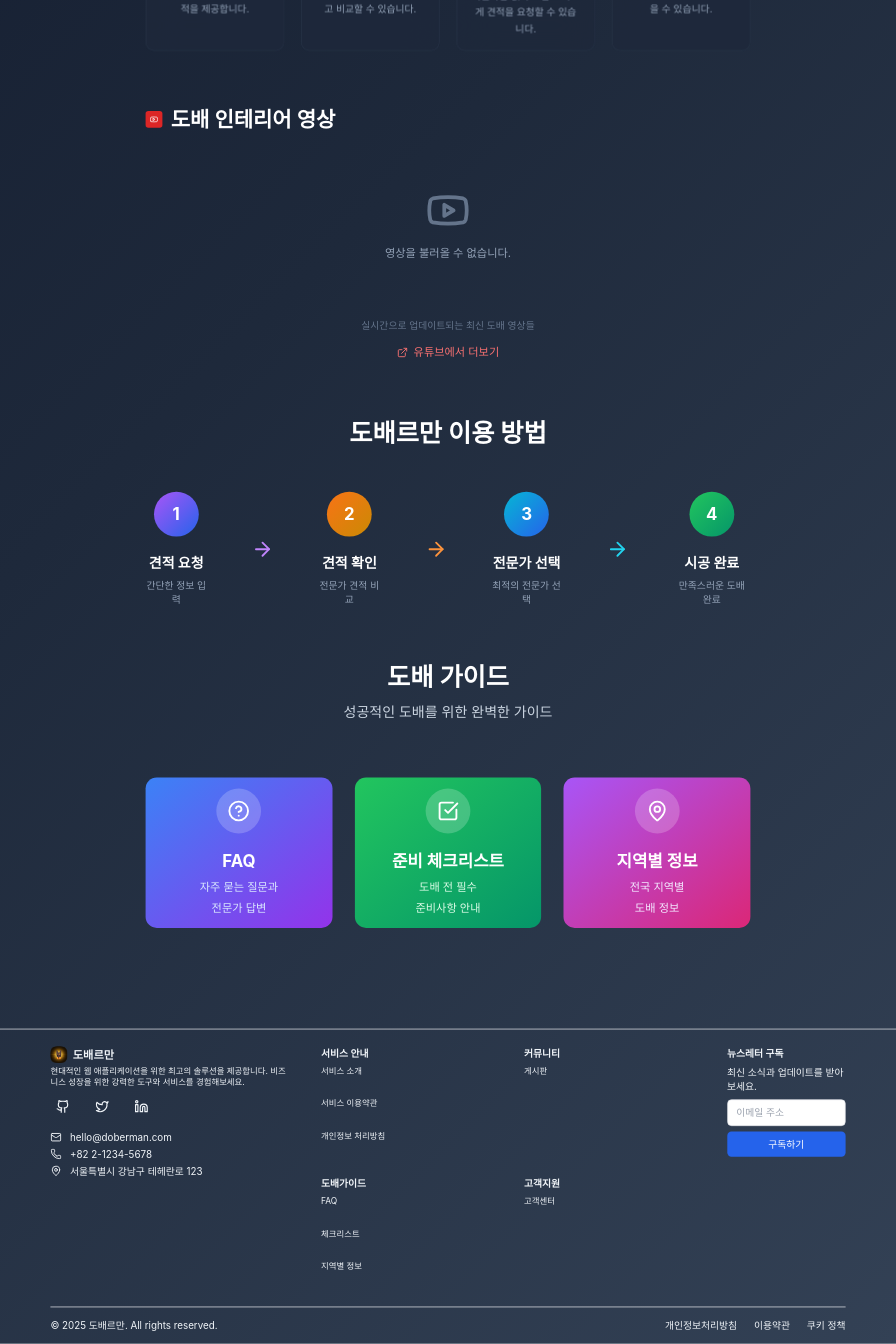
Repository: rambozzang/doberman_nextjs
Page: /
The author's editor kept a copy of each file at every save. The page is drawn from the files as they stood at one save, then again after the next save.
The browser window is 1280 px wide. The pictures show the part of the page from y = 1531 to 3451 px (the page is 3451 px tall), at 70% of full size.
The page's requests for data from a server got no answer. The project was rebuilt for these pictures with package versions that can differ from the ones it lists, and the page was loaded fresh each time. The framework's server and built-in components were replaced by stand-ins that run in the browser. No one was signed in, and anything a server would have sent is missing. Also part of the build but not shown: next.config.mjs, next.config.ts, src/components/AutoLogoutWarning.tsx, src/components/ForgotPasswordModal.tsx, src/components/LoginModal.tsx, src/components/RegisterModal.tsx.

Above is the page before, as saved 2025-06-28 01:26:43.

After the next save:
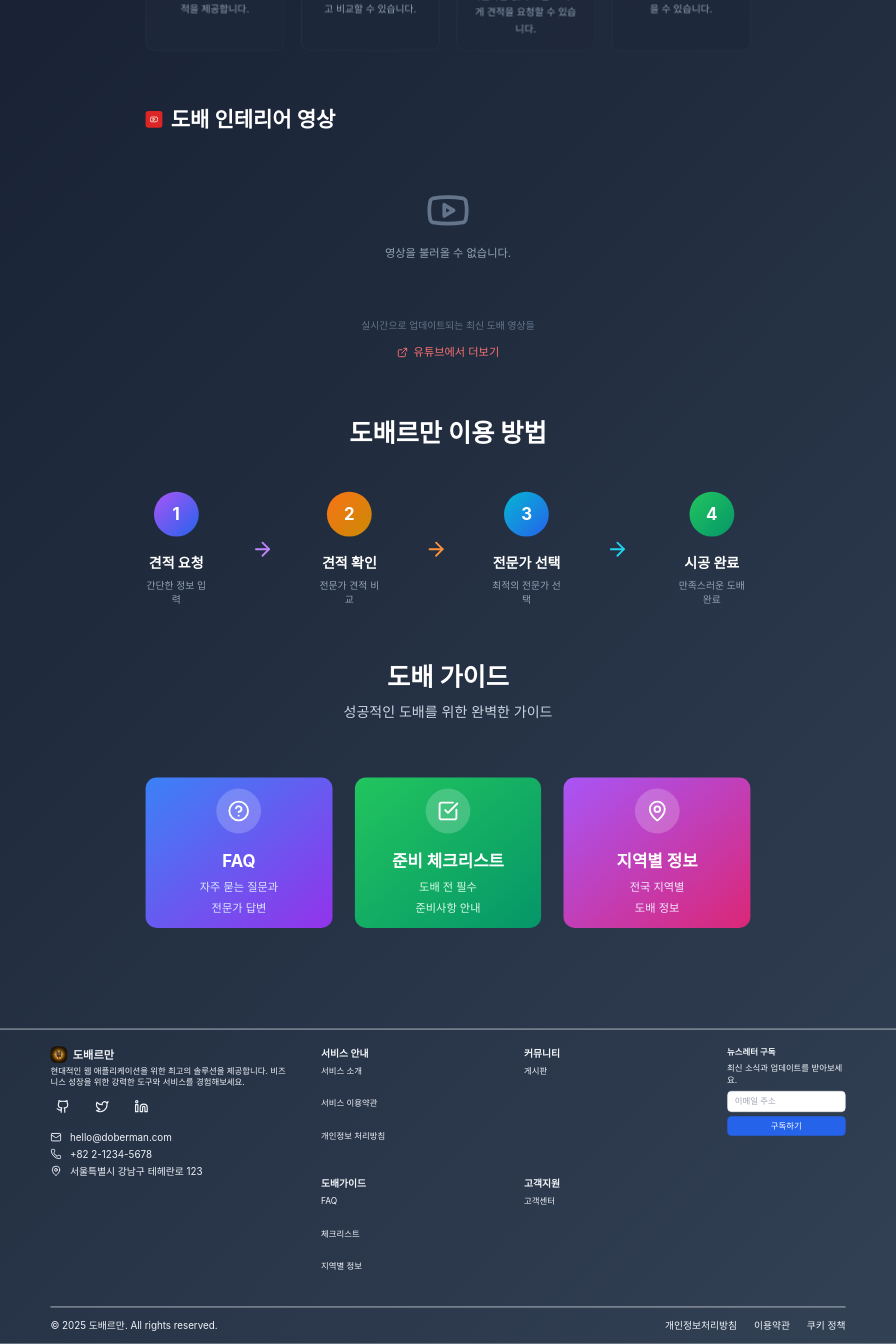
Saved 17 s later.
--- a/src/components/Footer.tsx
+++ b/src/components/Footer.tsx
@@ -296,22 +296,22 @@ const Footer: React.FC<FooterProps> = ({
                   viewport={{ once: true }}
                   className="space-y-2 lg:space-y-2"
                 >
-                  <h3 className="text-xs sm:text-sm lg:text-sm font-semibold text-foreground">
+                  <h3 className="text-xs sm:text-sm lg:text-xs font-semibold text-foreground">
                     뉴스레터 구독
                   </h3>
-                  <p className="text-xs sm:text-sm lg:text-sm text-muted-foreground">
+                  <p className="text-xs sm:text-sm lg:text-xs text-muted-foreground">
                     최신 소식과 업데이트를 받아보세요.
                   </p>
-                  <form onSubmit={handleNewsletterSubmit} className="space-y-2 lg:space-y-2">
+                  <form onSubmit={handleNewsletterSubmit} className="space-y-1.5 lg:space-y-1.5">
                     <input
                       type="email"
                       placeholder="이메일 주소"
-                      className="w-full px-2.5 py-1.5 lg:px-3 lg:py-2 text-xs lg:text-sm bg-background border border-border rounded-md focus:outline-none focus:ring-2 focus:ring-primary focus:border-transparent"
+                      className="w-full px-2 py-1 lg:px-2.5 lg:py-1.5 text-xs lg:text-xs bg-background border border-border rounded-md focus:outline-none focus:ring-2 focus:ring-primary focus:border-transparent"
                       required
                     />
                     <button
                       type="submit"
-                      className="w-full px-2.5 py-1.5 lg:px-3 lg:py-2 text-xs lg:text-sm bg-blue-600 text-white rounded-md hover:bg-blue-700 transition-colors"
+                      className="w-full px-2 py-1 lg:px-2.5 lg:py-1.5 text-xs lg:text-xs bg-blue-600 text-white rounded-md hover:bg-blue-700 transition-colors"
                     >
                       구독하기
                     </button>
